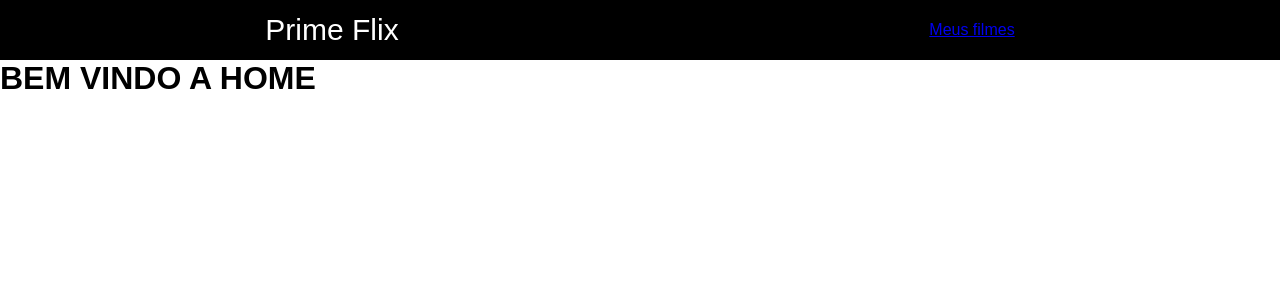
Repository: devsamuel23/primeflix_git
Page: /
These files come from the project's save history. The page is drawn as it stood at one moment and after a run of saves; the edit follows.
The browser window is 1280 px wide. The pictures show the whole page.
The project was rebuilt for these pictures with package versions that can differ from the ones it lists, and the page was loaded fresh each time. Also part of the build but not shown: src/pages/Filme/index.js.

Above is the page before, as saved 2023-05-19 15:16:33.

After the next 3 saves:
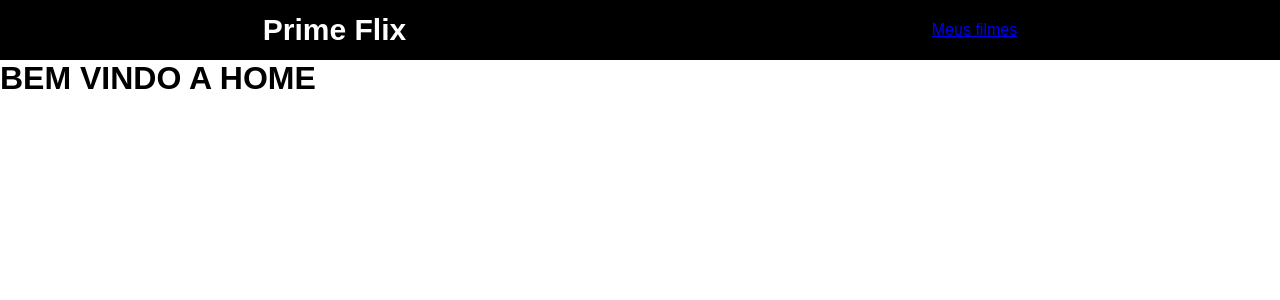
The 3 saves are shown as one change because they came seconds apart.
The last was saved 12 s later.
--- a/src/components/Header/header.css
+++ b/src/components/Header/header.css
@@ -12,5 +12,5 @@ header{
     font-size: 30px;
     cursor: pointer;
     color: #fff;
-    font
+    font-weight: bold;
 }
